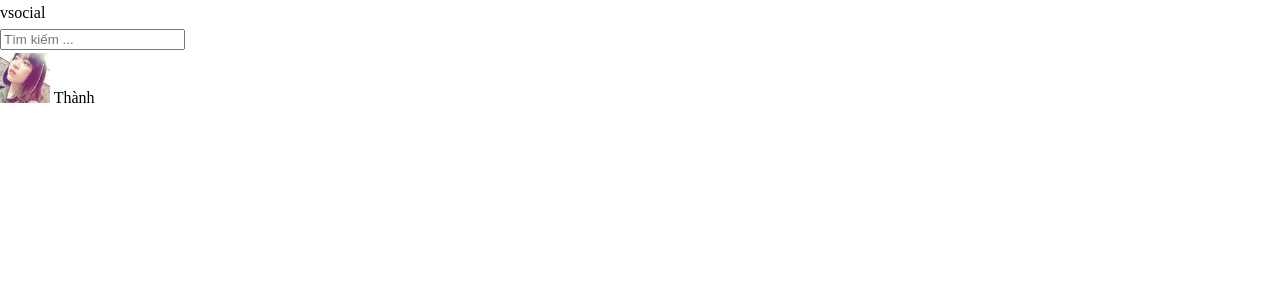
Repository: NHK1905/Social-project
Page: index.html
These files come from the project's save history. The page is drawn as it stood at one moment and after the next save; the edit follows.
The browser window is 1280 px wide. The pictures show the whole page.

Above is the page before, as saved 2021-08-10 15:05:06.

After the next save:
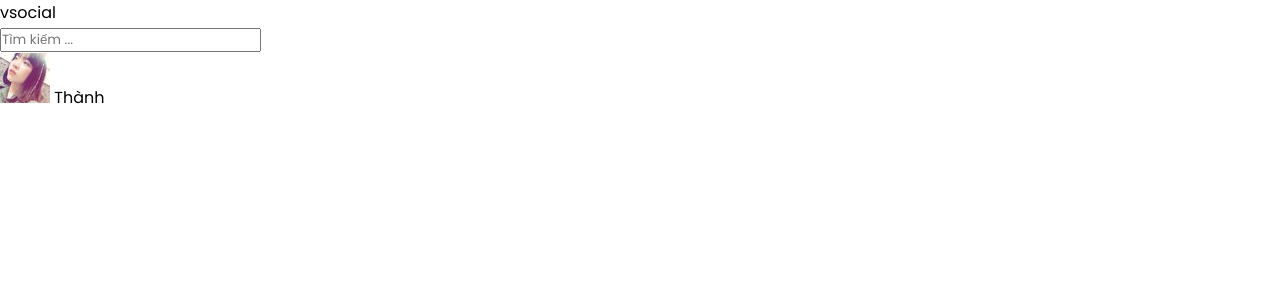
Saved 29 s later.
--- a/main.css
+++ b/main.css
@@ -13,6 +13,19 @@
     --clr-black-500: #000000;
 }
 
+* {
+    font-family: 'Poppins', sans-serif;
+    margin: 0;
+    padding: 0;
+    box-sizing: border-box;
+}
+
+a {
+    color: unset;
+    text-decoration: none;
+    text-transform: capitalize;
+}
+
 html,
 body,
 #app {
